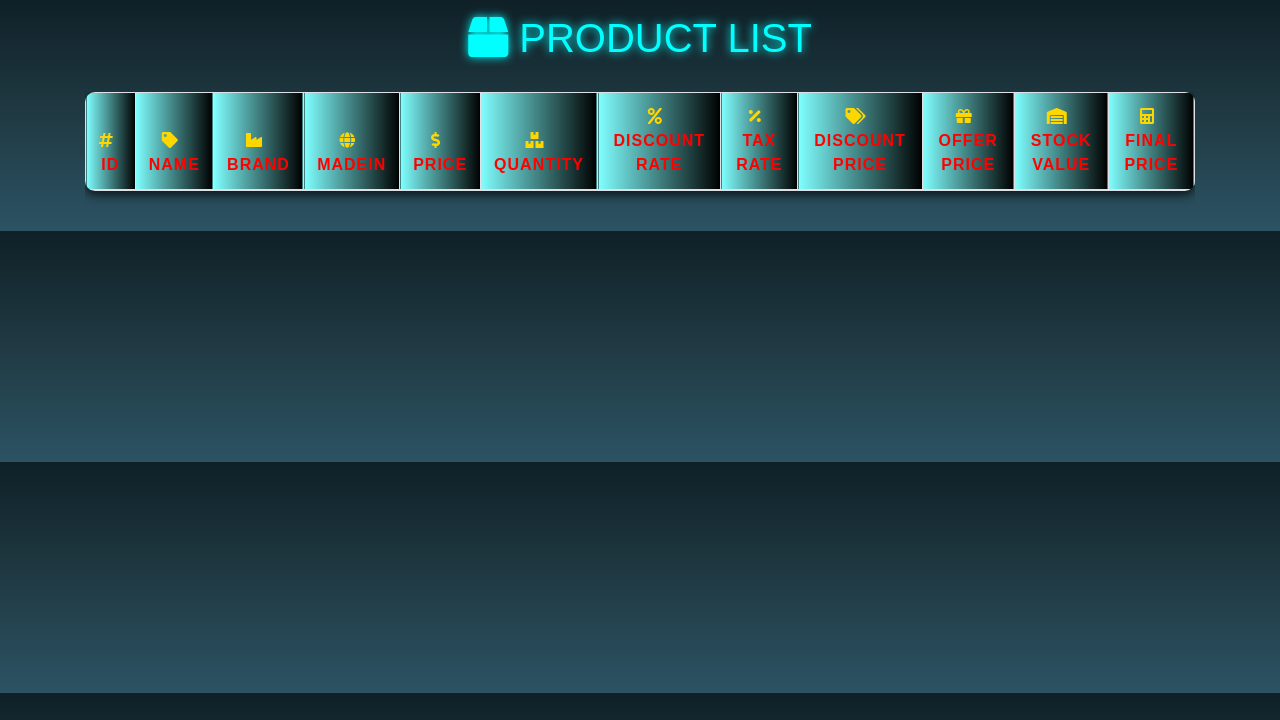
Repository: Ravi-kishor-09/Ravi-projects
Page: http://localhost/product-list
The author's editor kept a copy of each file at every save. The page is drawn from the files as they stood at one save, then again after the next save.
The browser window is 1280 px wide. The pictures show the whole page.
The page is this project's Thymeleaf template; nobody is signed in. The template is opened directly, without the code that normally fills it, so the values that code supplies are empty.

Above is the page before, as saved 2024-12-20 19:22:41.

### spring1/src/main/resources/templates/product-list.html
<!DOCTYPE html>
<html lang="en">
<head>
    <meta charset="UTF-8">
    <meta name="viewport" content="width=device-width, initial-scale=1.0">
    <title>Product List</title>
    <!-- Bootstrap CSS -->
    <link href="https://maxcdn.bootstrapcdn.com/bootstrap/4.5.2/css/bootstrap.min.css" rel="stylesheet">
    <!-- Font Awesome for Icons -->
    <link href="https://cdnjs.cloudflare.com/ajax/libs/font-awesome/5.15.4/css/all.min.css" rel="stylesheet">
    <style>
        /* General Styles */
        body {
            background: linear-gradient(to bottom, #0f2027, #203a43, #2c5364);
            color: white;
            font-family: 'Arial', sans-serif;
        }
        h1 {
            color: aqua;
            margin-bottom: 20px;
            text-shadow: 0 0 10px aqua;
            animation: text-jump 2s infinite;
        }
        @keyframes text-jump {
            0%, 100% { transform: translateY(0); }
            50% { transform: translateY(-10px); }
        }

        /* Table Styles */
        table {
            background-color: rgba(0, 0, 0, 0.8);
            border-radius: 10px;
            overflow: hidden;
            box-shadow: 0 4px 10px rgba(0, 0, 0, 0.7);
        }
        thead th {
            background: linear-gradient(90deg, rgb(128, 255, 255), rgb(0, 0, 0));
            color: rgb(255, 0, 0);
            font-weight: bold;
            text-transform: uppercase;
            letter-spacing: 1px;
        }
        tbody td {
            color: #d4f3ef;
        }
        tbody tr {
            transition: background-color 0.3s, transform 0.3s;
        }
        tbody tr:hover {
            background: #333;
            transform: scale(1.02);
            cursor: pointer;
        }

        /* Column Icons */
        .icon {
            color: gold;
            margin-right: 8px;
        }

        /* Button and Interaction Styles */
        .btn {
            border: none;
            color: white;
            background: linear-gradient(90deg, #56ab2f, #a8e063);
            padding: 8px 15px;
            border-radius: 20px;
            transition: all 0.3s ease-in-out;
        }
        .btn:hover {
            background: linear-gradient(90deg, #a8e063, #56ab2f);
            box-shadow: 0 0 10px #a8e063;
        }

        /* Row Glow Effect */
        tbody tr:hover td {
            text-shadow: 0 0 8px #39ff14;
        }

        /* Responsive Styles */
        @media (max-width: 768px) {
            h1 {
                font-size: 1.5rem;
            }
            table {
                font-size: 0.9rem;
            }
        }
    </style>
</head>
<body>
    <div class="container text-center py-4">
        <h1><i class="fas fa-box"></i> PRODUCT LIST</h1>
        <div class="table-responsive">
            <table class="table table-bordered table-hover">
                <thead>
                    <tr>
                        <th><i class="fas fa-hashtag icon"></i>Id</th>
                        <th><i class="fas fa-tag icon"></i>Name</th>
                        <th><i class="fas fa-industry icon"></i>Brand</th>
                        <th><i class="fas fa-globe icon"></i>MadeIn</th>
                        <th><i class="fas fa-dollar-sign icon"></i>Price</th>
                        <th><i class="fas fa-boxes icon"></i>Quantity</th>
                        <th><i class="fas fa-percent icon"></i>Discount Rate</th>
                        <th><i class="fas fa-percentage icon"></i>Tax Rate</th>
                        <th><i class="fas fa-tags icon"></i>Discount Price</th>
                        <th><i class="fas fa-gift icon"></i>Offer Price</th>
                        <th><i class="fas fa-warehouse icon"></i>Stock Value</th>
                        <th><i class="fas fa-calculator icon"></i>Final Price</th>
                    </tr>
                </thead>
                <tbody>
                    <tr th:each="product : ${products}">
                        <td th:text="${product.Id}"></td>
                        <td th:text="${product.Name}"></td>
                        <td th:text="${product.Brand}"></td>
                        <td th:text="${product.MadeIn}"></td>
                        <td th:text="${product.price}"></td>
                        <td th:text="${product.Quantity}"></td>
                        <td th:text="${product.discountRate}"></td>
                        <td th:text="${product.taxRate}"></td>
                        <td th:text="${product.discountprice}"></td>
                        <td th:text="${product.offerprice}"></td>
                        <td th:text="${product.stockvalue}"></td>
                        <td th:text="${product.finalprice}"></td>
                    </tr>

                </tbody>
            </table>
        </div>
    </div>
</body>
</html>

After the next save:
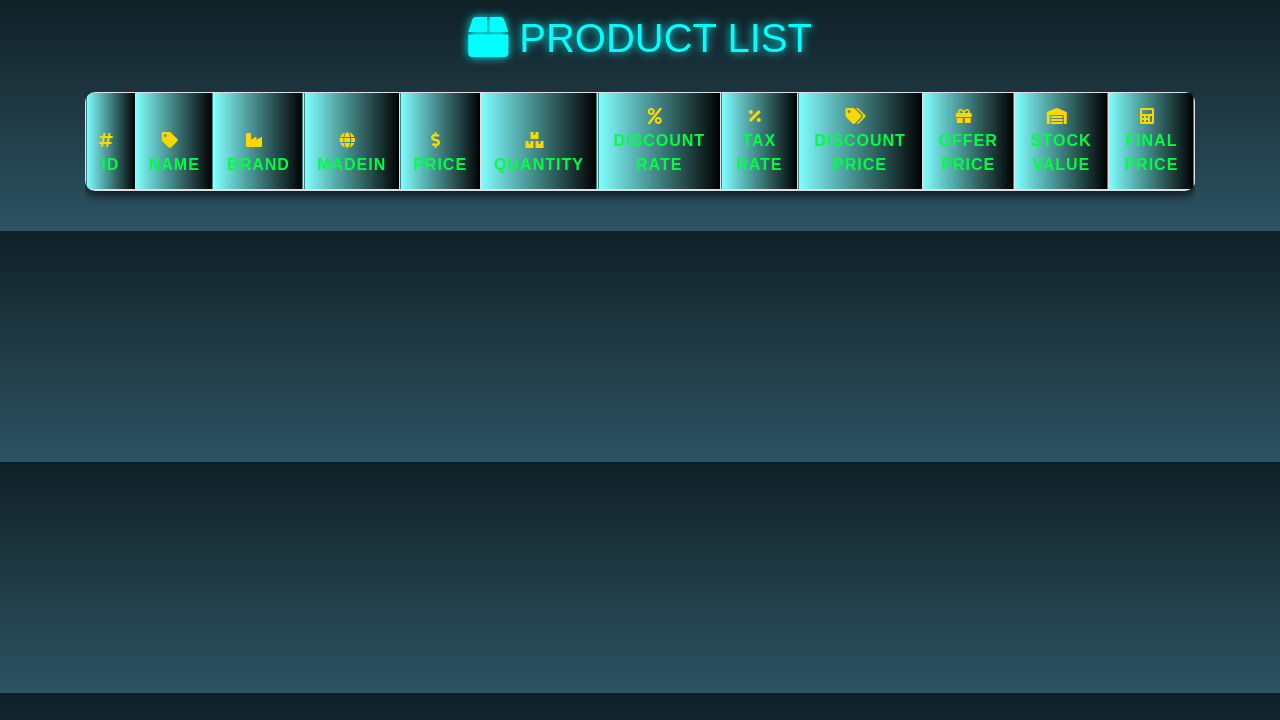
Saved 37 s later.
--- a/spring1/src/main/resources/templates/product-list.html
+++ b/spring1/src/main/resources/templates/product-list.html
@@ -35,7 +35,7 @@
         }
         thead th {
             background: linear-gradient(90deg, rgb(128, 255, 255), rgb(0, 0, 0));
-            color: rgb(255, 0, 0);
+            color: rgb(0, 255, 64);
             font-weight: bold;
             text-transform: uppercase;
             letter-spacing: 1px;
